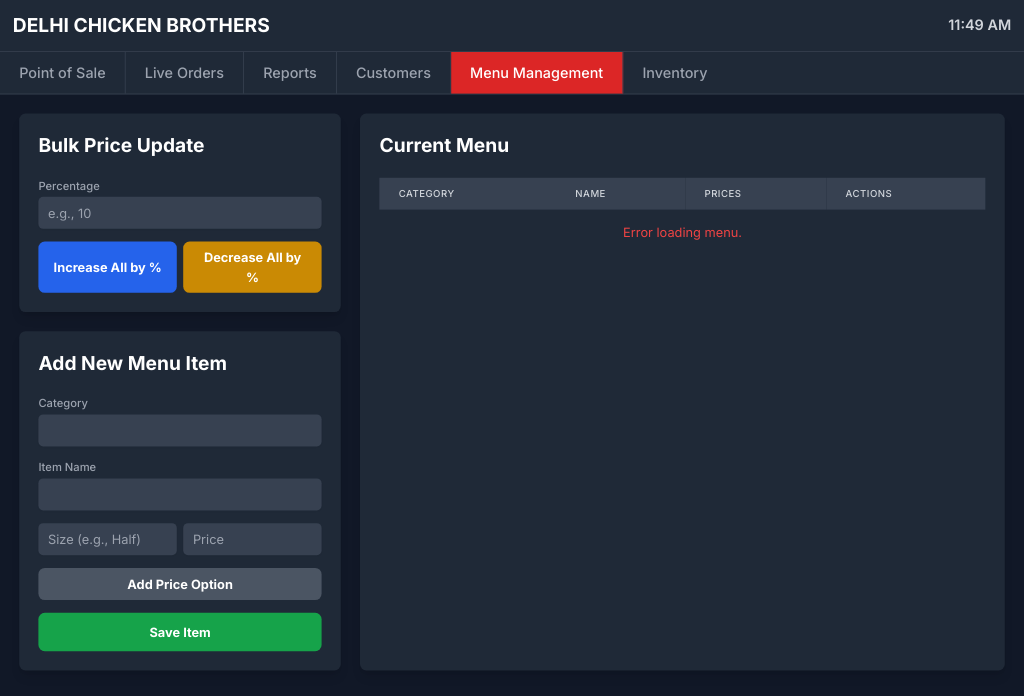
Repository: roydigital/dcb-pos-app
Page: menu-management.html
An editor plug-in stored every save of this project. The page is shown before and after a run of saves, followed by the edit.
The browser window is 1280 px wide. The pictures show the whole page, at 80% of full size.
The page's requests for data from a server got no answer. Some web libraries are served in a nearby version.

Above is the page before, as saved 2025-09-18 17:08:12.

After the next 2 saves:
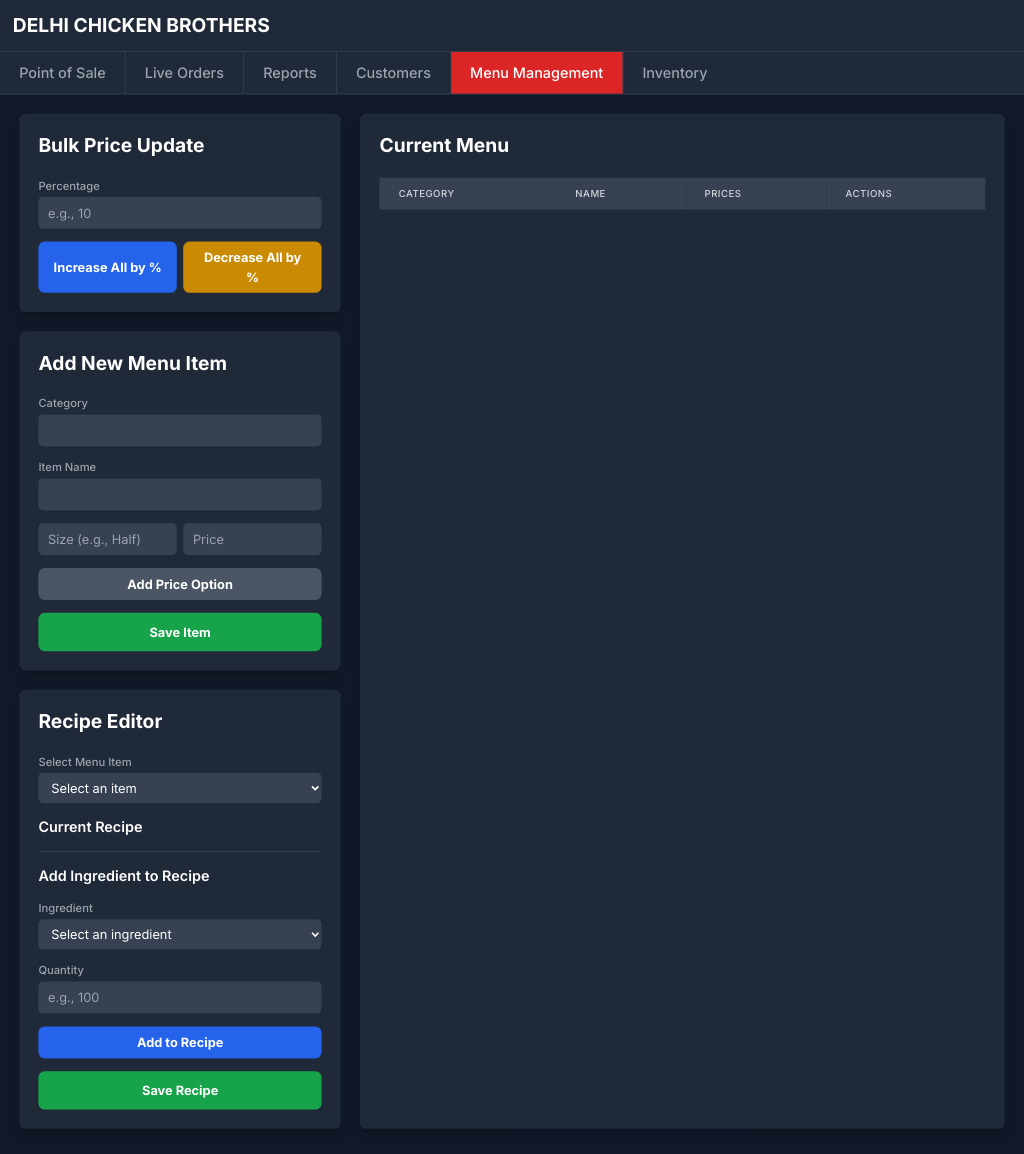
Console error: SyntaxError: Unexpected token ')'
The 2 saves are shown as one change because they came seconds apart.
The last was saved 33 min 25 s later.
--- a/menu-management.html
+++ b/menu-management.html
@@ -94,7 +94,43 @@
                     <button type="button" id="add-price-btn" class="w-full bg-gray-600 hover:bg-gray-500 text-white font-bold py-2 px-4 rounded-lg">Add Price Option</button>
                     <button type="submit" class="w-full bg-green-600 hover:bg-green-700 text-white font-bold py-3 px-4 rounded-lg">Save Item</button>
                 </form>
-                    </form>
+                </div>
+
+                <!-- Recipe Editor -->
+                <div class="bg-gray-800 p-6 rounded-lg shadow-lg">
+                    <h2 class="text-2xl font-bold text-white mb-6">Recipe Editor</h2>
+                    <div class="space-y-4">
+                        <div>
+                            <label for="recipe-menu-item-select" class="block text-sm font-medium text-gray-400">Select Menu Item</label>
+                            <select id="recipe-menu-item-select" class="mt-1 block w-full bg-gray-700 border-gray-600 rounded-md shadow-sm py-2 px-3 text-white focus:outline-none focus:ring-red-500 focus:border-red-500">
+                                <option>Select an item</option>
+                            </select>
+                        </div>
+
+                        <div>
+                            <h3 class="text-lg font-semibold text-white mb-2">Current Recipe</h3>
+                            <ul id="current-recipe-list" class="list-disc list-inside pl-2 text-gray-300 space-y-1">
+                                <!-- Ingredients will be listed here -->
+                            </ul>
+                        </div>
+
+                        <div id="add-ingredient-form" class="space-y-4 border-t border-gray-700 pt-4">
+                             <h3 class="text-lg font-semibold text-white">Add Ingredient to Recipe</h3>
+                            <div>
+                                <label for="recipe-ingredient-select" class="block text-sm font-medium text-gray-400">Ingredient</label>
+                                <select id="recipe-ingredient-select" class="mt-1 block w-full bg-gray-700 border-gray-600 rounded-md shadow-sm py-2 px-3 text-white focus:outline-none focus:ring-red-500 focus:border-red-500">
+                                    <option>Select an ingredient</option>
+                                </select>
+                            </div>
+                            <div>
+                                <label for="recipe-ingredient-quantity" class="block text-sm font-medium text-gray-400">Quantity</label>
+                                <input type="number" id="recipe-ingredient-quantity" placeholder="e.g., 100" class="mt-1 block w-full bg-gray-700 border-gray-600 rounded-md shadow-sm py-2 px-3 text-white focus:outline-none focus:ring-red-500 focus:border-red-500">
+                            </div>
+                            <button id="add-to-recipe-btn" class="w-full bg-blue-600 hover:bg-blue-700 text-white font-bold py-2 px-4 rounded-lg">Add to Recipe</button>
+                        </div>
+
+                        <button id="save-recipe-btn" class="w-full bg-green-600 hover:bg-green-700 text-white font-bold py-3 px-4 rounded-lg mt-4">Save Recipe</button>
+                    </div>
                 </div>
             </div>
 
@@ -148,10 +184,15 @@
 
     <script>
         let menuData = []; // Cache for menu data
+        let inventoryData = []; // Cache for inventory data
+        let currentRecipeIngredients = []; // Temp array for building a recipe
 
         async function fetchAndDisplayMenu() {
             const tableBody = document.getElementById('menu-table-body');
+            const recipeMenuItemSelect = document.getElementById('recipe-menu-item-select');
             tableBody.innerHTML = ''; // Clear existing menu
+            recipeMenuItemSelect.innerHTML = '<option>Select an item</option>'; // Clear and set default
+
             try {
                 const response = await fetch('/api/menu');
                 if (!response.ok) throw new Error('Failed to fetch menu');
@@ -176,49 +217,8 @@
                         </tr>
                     `;
                     tableBody.innerHTML += row;
-                });
-            } catch (error) {
-                console.error('Error fetching menu:', error);
-                tableBody.innerHTML = '<tr><td colspan="4" class="text-center py-4 text-red-500">Error loading menu.</td></tr>';
-            }
-        }
-
-        // --- Add New Item Logic ---
-        document.getElementById('add-price-btn').addEventListener('click', () => {
-            const container = document.getElementById('price-options-container');
-            const newPriceOption = document.createElement('div');
-            newPriceOption.className = 'flex items-center space-x-2';
-            newPriceOption.innerHTML = `
-                <input type="text" name="size" placeholder="Size (e.g., Full)" required class="block w-1/2 bg-gray-700 border-gray-600 rounded-md shadow-sm py-2 px-3 text-white focus:outline-none focus:ring-red-500 focus:border-red-500">
-                <input type="number" name="price" placeholder="Price" required class="block w-1/2 bg-gray-700 border-gray-600 rounded-md shadow-sm py-2 px-3 text-white focus:outline-none focus:ring-red-500 focus:border-red-500">
-            `;
-            container.appendChild(newPriceOption);
-        });
-
-        document.getElementById('add-item-form').addEventListener('submit', async (event) => {
-            event.preventDefault();
-            const form = event.target;
-            const formData = new FormData(form);
-
-            const prices = [];
-            const sizes = formData.getAll('size');
-            const priceValues = formData.getAll('price');
-            for (let i = 0; i < sizes.length; i++) {
-                if (sizes[i] && priceValues[i]) {
-                    prices.push({ size: sizes[i], price: parseFloat(priceValues[i]) });
-                }
-            }
-
-            const itemData = {
-                category: formData.get('category'),
-                name: formData.get('name'),
-                prices: prices
-            };
-
-            try {
-                const response = await fetch('/api/menu', {
-                    method: 'POST',
-                    headers: { 'Content-Type': 'application/json' },
+
+                    // Populate recipe dropdown
                     body: JSON.stringify(itemData)
                 });
 
